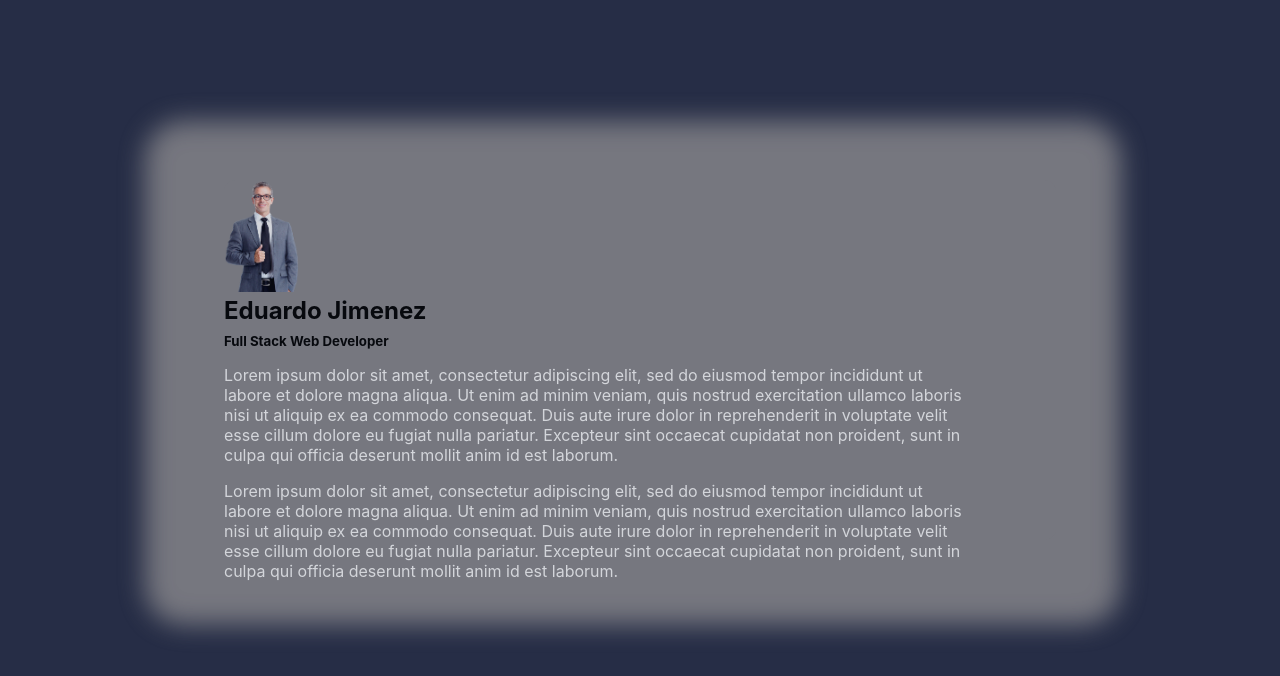
Repository: l8nightswithJS/react-my-portfolio
Page: /
These files come from the project's save history. The page is drawn as it stood at one moment and after the next save; the edit follows.
The browser window is 1280 px wide. The pictures show the whole page.
The project was rebuilt for these pictures with package versions that can differ from the ones it lists, and the page was loaded fresh each time.

Above is the page before, as saved 2021-04-29 13:21:03.

After the next save:
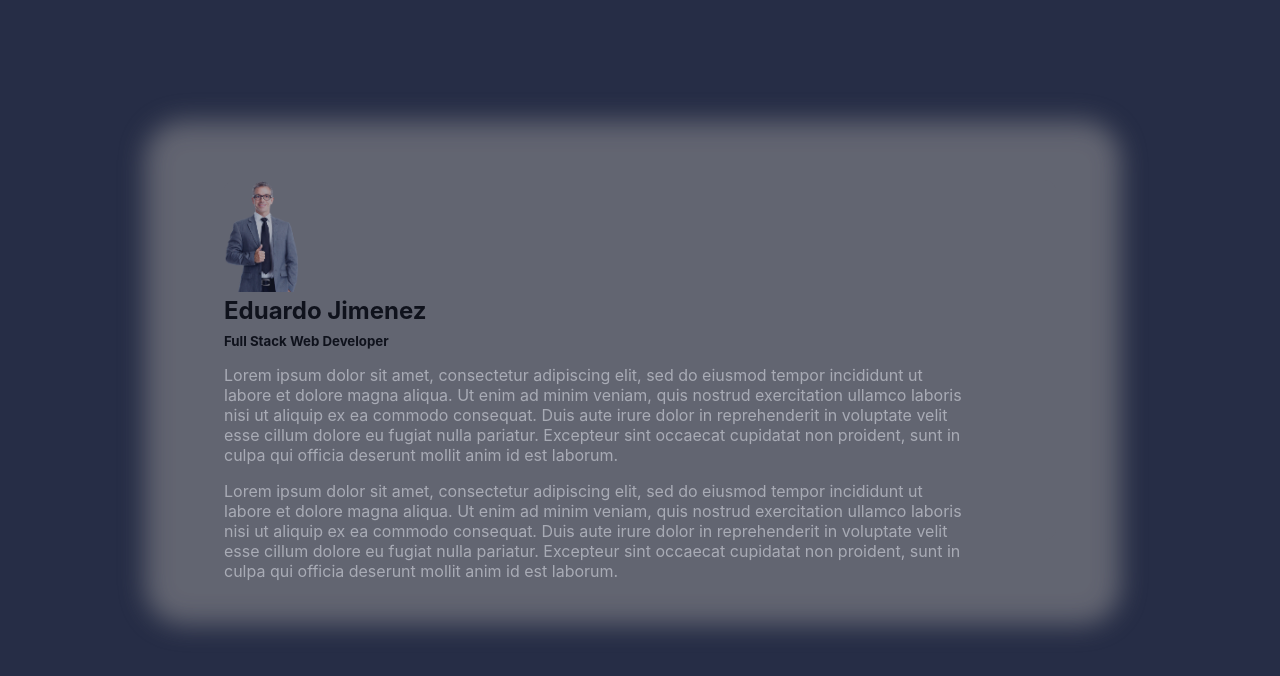
Saved 11 s later.
--- a/src/App.css
+++ b/src/App.css
@@ -16,7 +16,7 @@ section {
   margin: auto;
   color: white;
   box-shadow: -1vh 1vw 2vw 10vh rgb(139, 138, 142);
-  opacity: .8;
+  opacity: .6;
   border-radius: 1.5vh;
 }
 
